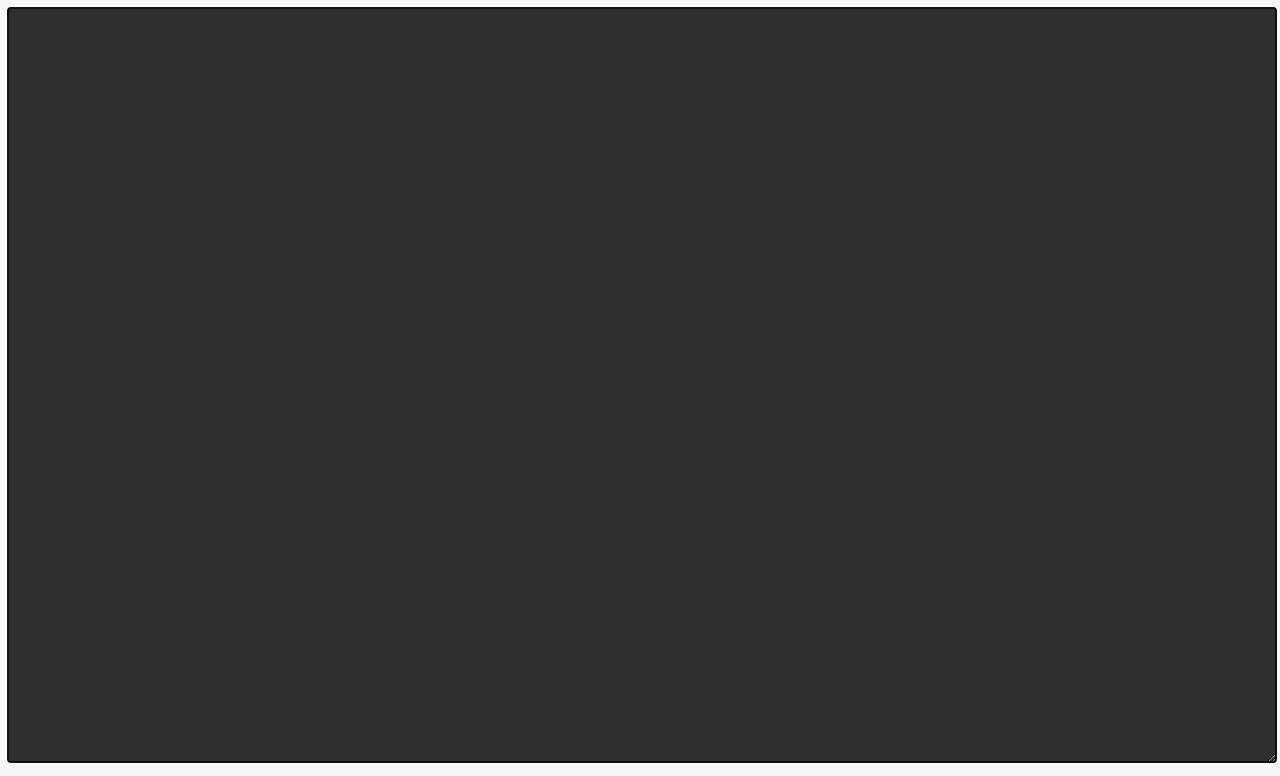
Repository: toasted226/onehandkeyboard
Page: /
An editor plug-in stored every save of this project. The page is shown before and after the next save, followed by the edit.
The browser window is 1280 px wide. The pictures show the whole page.
The first visible `.textbox` has the focus.
The project was rebuilt for these pictures with package versions that can differ from the ones it lists, and the page was loaded fresh each time. Also part of the build but not shown: vite.config.ts, src/App.css.

Above is the page before, as saved 2023-07-22 17:51:15.

### src/App.tsx
import "./App.css";
import Textbox from "./Textbox";

function App() {
  return (
    <div>
      <Textbox />
    </div>
  );
}

export default App;

### src/Textbox.tsx
import { useState, useRef } from "react";
import useAutosizeTextArea from "./useAutosizeTextArea";
import "./Textbox.css";

function Textbox() {
    const [value, setValue] = useState("");
    const textAreaRef = useRef<HTMLTextAreaElement>(null);

    useAutosizeTextArea(textAreaRef.current, value);

    const handleChange = (evt: React.ChangeEvent<HTMLTextAreaElement>) => {
        const val = evt.target?.value;

        setValue(val);
    };

    return (
        <>
            <textarea
                className="textbox"
                onChange={handleChange}
                placeholder=""
                ref={textAreaRef}
                rows={50}
                value={value}>
                </textarea>
        </>
    );
}

export default Textbox;

### src/useAutosizeTextArea.ts
import { useEffect } from "react";

// Updates the height of a <textarea> when the value changes.
const useAutosizeTextArea = (
  textAreaRef: HTMLTextAreaElement | null,
  value: string
) => {
  useEffect(() => {
    if (textAreaRef) {
      // We need to reset the height momentarily to get the correct scrollHeight for the textarea
      textAreaRef.style.height = "0px";
      const scrollHeight = textAreaRef.scrollHeight;

      // We then set the height directly, outside of the render loop
      // Trying to set this with state or a ref will product an incorrect value.
      textAreaRef.style.height = scrollHeight + "px";
    }
  }, [textAreaRef, value]);
};

export default useAutosizeTextArea;

### src/Textbox.css
.textbox {
    width: 100%;
    height: 100%;
    background-color: #2f2f2f;
    color: white;
    border: none;
}

.textbox:focus {
    border: none;
}

Loaded but not shown: index.html (common file); src/main.tsx (common file); src/styles.css (common file)

After the next save:
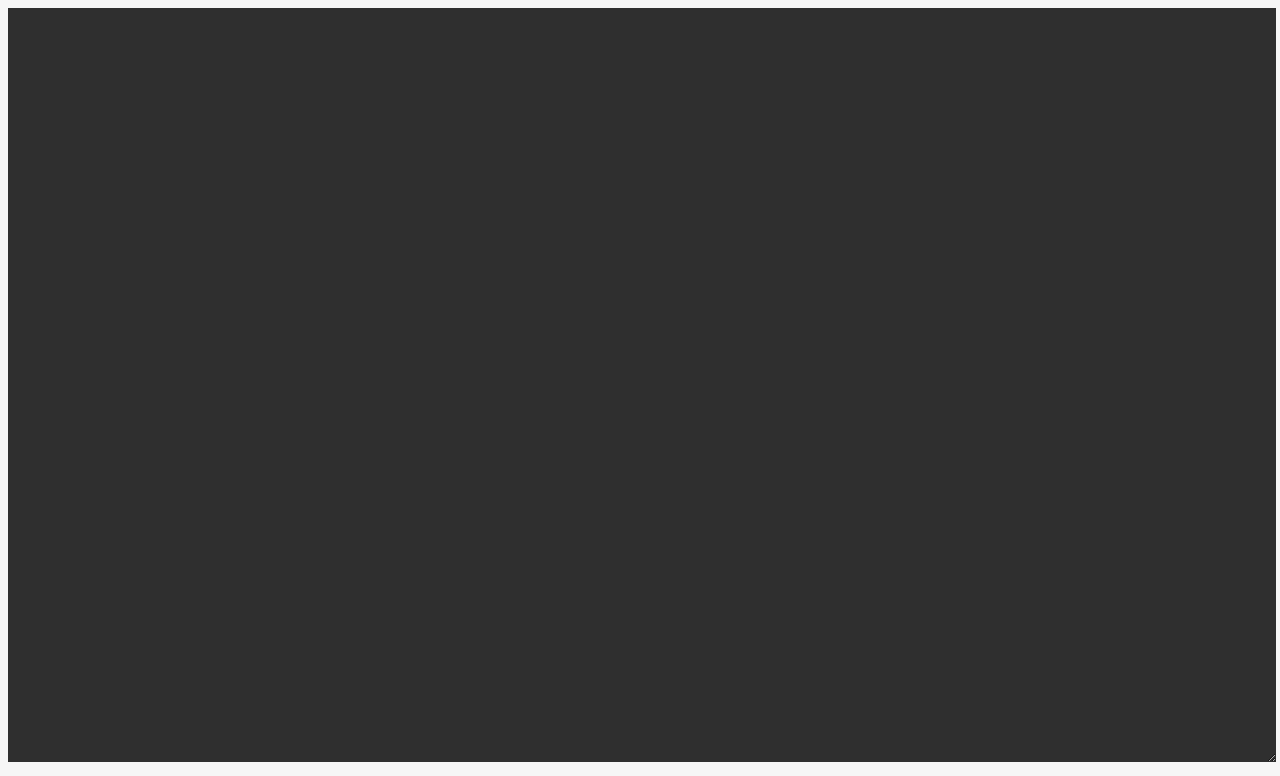
Saved 24 s later.
--- a/src/Textbox.css
+++ b/src/Textbox.css
@@ -7,5 +7,5 @@
 }
 
 .textbox:focus {
-    border: none;
+    outline: none;
 }
